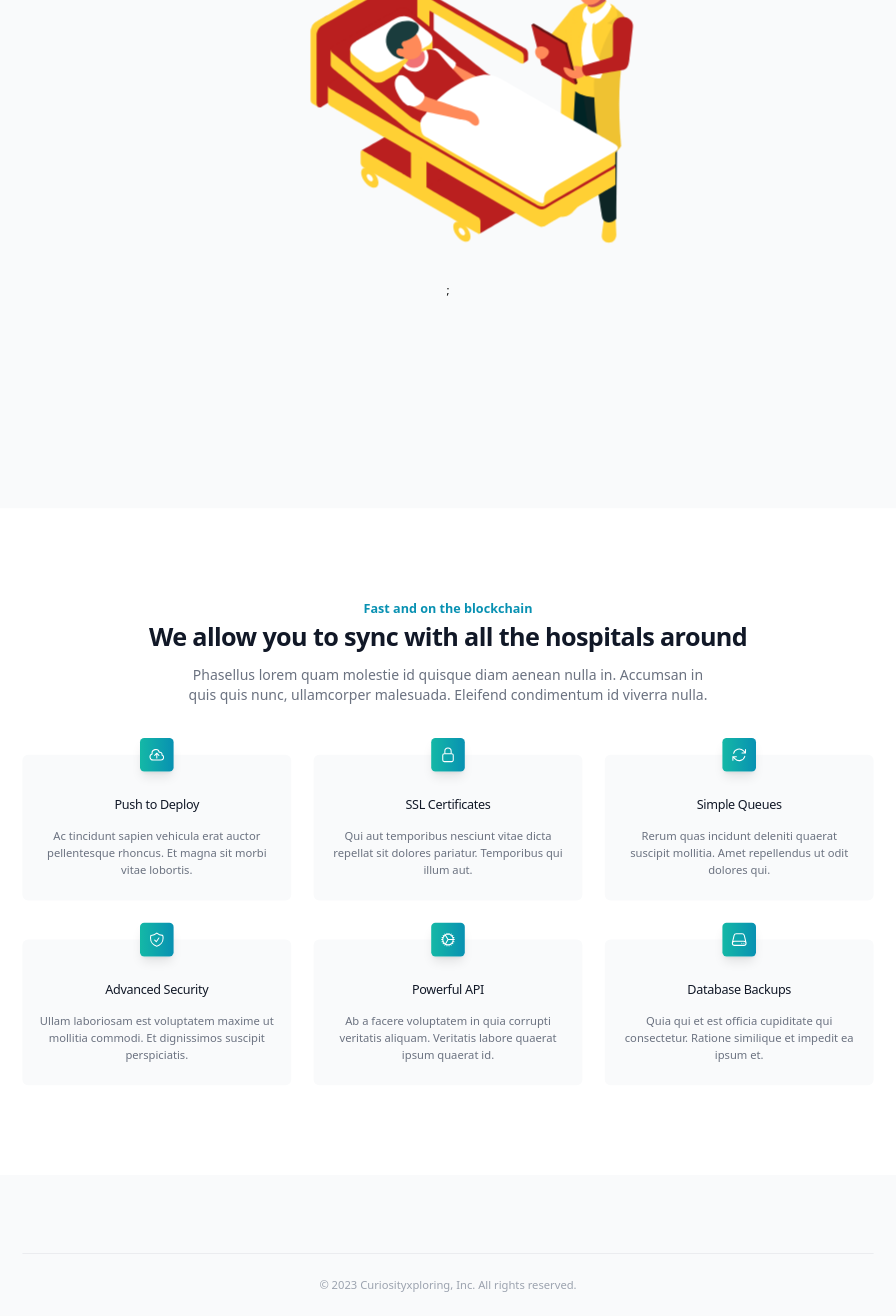
Repository: VinceBrun/medical-web3-app
Page: /
These files come from the project's save history. The page is drawn as it stood at one moment and after the next save; the edit follows.
The browser window is 1280 px wide. The pictures show the part of the page from y = 1515 to 3435 px (the page is 3395 px tall before and 3435 px after), at 70% of full size.
The project was rebuilt for these pictures with package versions that can differ from the ones it lists, and the page was loaded fresh each time. The framework's server and built-in components were replaced by stand-ins that run in the browser. Also part of the build but not shown: next.config.js, styles/Home.module.css.

Above is the page before, as saved 2023-01-16 17:38:32.

### components/Landing.jsx
import React from "react";
import { Fragment } from "react";
import { Popover, Transition } from "@headlessui/react";
import {
  ArrowPathIcon,
  Bars3Icon,
  CloudArrowUpIcon,
  CogIcon,
  LockClosedIcon,
  ServerIcon,
  ShieldCheckIcon,
  XMarkIcon,
} from "@heroicons/react/24/outline";
import {
  ArrowTopRightOnSquareIcon,
  ChevronRightIcon,
} from "@heroicons/react/20/solid";
import Lottie from "lottie-react";
import medicalanimation from "../public/images/medicalanimation.json";
import medicalpatient from "../public/images/medicalpatient.json";
import onlinemedicalanimation from "../public/images/onlinemedicalanimation.json";

const navigation = [
  { name: "Solution", href: "#" },
  { name: "Platform", href: "#" },
  { name: "Patient Stories", href: "#" },
  { name: "Resources", href: "#" },
];
const features = [
  {
    name: "Push to Deploy",
    description:
      "Ac tincidunt sapien vehicula erat auctor pellentesque rhoncus. Et magna sit morbi vitae lobortis.",
    icon: CloudArrowUpIcon,
  },
  {
    name: "SSL Certificates",
    description:
      "Qui aut temporibus nesciunt vitae dicta repellat sit dolores pariatur. Temporibus qui illum aut.",
    icon: LockClosedIcon,
  },
  {
    name: "Simple Queues",
    description:
      "Rerum quas incidunt deleniti quaerat suscipit mollitia. Amet repellendus ut odit dolores qui.",
    icon: ArrowPathIcon,
  },
  {
    name: "Advanced Security",
    description:
      "Ullam laboriosam est voluptatem maxime ut mollitia commodi. Et dignissimos suscipit perspiciatis.",
    icon: ShieldCheckIcon,
  },
  {
    name: "Powerful API",
    description:
      "Ab a facere voluptatem in quia corrupti veritatis aliquam. Veritatis labore quaerat ipsum quaerat id.",
    icon: CogIcon,
  },
  {
    name: "Database Backups",
    description:
      "Quia qui et est officia cupiditate qui consectetur. Ratione similique et impedit ea ipsum et.",
    icon: ServerIcon,
  },
];
const blogPosts = [
  {
    id: 1,
    title: "Boost your conversion rate",
    href: "#",
    date: "Mar 16, 2020",
    datetime: "2020-03-16",
    category: { name: "Article", href: "#" },
    imageUrl:
      "https://images.unsplash.com/photo-1496128858413-b36217c2ce36?ixlib=rb-1.2.1&ixid=eyJhcHBfaWQiOjEyMDd9&auto=format&fit=crop&w=1679&q=80",
    preview:
      "Lorem ipsum dolor sit amet consectetur adipisicing elit. Architecto accusantium praesentium eius, ut atque fuga culpa, similique sequi cum eos quis dolorum.",
    author: {
      name: "Roel Aufderehar",
      imageUrl:
        "https://images.unsplash.com/photo-1472099645785-5658abf4ff4e?ixlib=rb-1.2.1&ixid=eyJhcHBfaWQiOjEyMDd9&auto=format&fit=facearea&facepad=2&w=256&h=256&q=80",
      href: "#",
    },
    readingLength: "6 min",
  },
  {
    id: 2,
    title: "How to use search engine optimization to drive sales",
    href: "#",
    date: "Mar 10, 2020",
    datetime: "2020-03-10",
    category: { name: "Video", href: "#" },
    imageUrl:
      "https://images.unsplash.com/photo-1547586696-ea22b4d4235d?ixlib=rb-1.2.1&ixid=eyJhcHBfaWQiOjEyMDd9&auto=format&fit=crop&w=1679&q=80",
    preview:
      "Lorem ipsum dolor sit amet consectetur adipisicing elit. Velit facilis asperiores porro quaerat doloribus, eveniet dolore. Adipisci tempora aut inventore optio animi., tempore temporibus quo laudantium.",
    author: {
      name: "Brenna Goyette",
      imageUrl:
        "https://images.unsplash.com/photo-1550525811-e5869dd03032?ixlib=rb-1.2.1&ixid=eyJhcHBfaWQiOjEyMDd9&auto=format&fit=facearea&facepad=2&w=256&h=256&q=80",
      href: "#",
    },
    readingLength: "4 min",
  },
  {
    id: 3,
    title: "Improve your customer experience",
    href: "#",
    date: "Feb 12, 2020",
    datetime: "2020-02-12",
    category: { name: "Case Study", href: "#" },
    imageUrl:
      "https://images.unsplash.com/photo-1492724441997-5dc865305da7?ixlib=rb-1.2.1&ixid=eyJhcHBfaWQiOjEyMDd9&auto=format&fit=crop&w=1679&q=80",
    preview:
      "Lorem ipsum dolor sit amet consectetur adipisicing elit. Sint harum rerum voluptatem quo recusandae magni placeat saepe molestiae, sed excepturi cumque corporis perferendis hic.",
    author: {
      name: "Daniela Metz",
      imageUrl:
        "https://images.unsplash.com/photo-1487412720507-e7ab37603c6f?ixlib=rb-1.2.1&ixid=eyJhcHBfaWQiOjEyMDd9&auto=format&fit=facearea&facepad=2&w=256&h=256&q=80",
      href: "#",
    },
    readingLength: "11 min",
  },
];
const footerNavigation = {
  solutions: [
    { name: "Marketing", href: "#" },
    { name: "Analytics", href: "#" },
    { name: "Commerce", href: "#" },
    { name: "Insights", href: "#" },
  ],
  support: [
    { name: "Pricing", href: "#" },
    { name: "Documentation", href: "#" },
    { name: "Guides", href: "#" },
    { name: "API Status", href: "#" },
  ],
  company: [
    { name: "About", href: "#" },
    { name: "Blog", href: "#" },
    { name: "Jobs", href: "#" },
    { name: "Press", href: "#" },
    { name: "Partners", href: "#" },
  ],
  legal: [
    { name: "Claim", href: "#" },
    { name: "Privacy", href: "#" },
    { name: "Terms", href: "#" },
  ],
  social: [
    {
      name: "Facebook",
      href: "#",
      icon: (props) => (
        <svg fill="currentColor" viewBox="0 0 24 24" {...props}>
          <path
            fillRule="evenodd"
            d="M22 12c0-5.523-4.477-10-10-10S2 6.477 2 12c0 4.991 3.657 9.128 8.438 9.878v-6.987h-2.54V12h2.54V9.797c0-2.506 1.492-3.89 3.777-3.89 1.094 0 2.238.195 2.238.195v2.46h-1.26c-1.243 0-1.63.771-1.63 1.562V12h2.773l-.443 2.89h-2.33v6.988C18.343 21.128 22 16.991 22 12z"
            clipRule="evenodd"
          />
        </svg>
      ),
    },
    {
      name: "Instagram",
      href: "#",
      icon: (props) => (
        <svg fill="currentColor" viewBox="0 0 24 24" {...props}>
          <path
            fillRule="evenodd"
            d="M12.315 2c2.43 0 2.784.013 3.808.06 1.064.049 1.791.218 2.427.465a4.902 4.902 0 011.772 1.153 4.902 4.902 0 011.153 1.772c.247.636.416 1.363.465 2.427.048 1.067.06 1.407.06 4.123v.08c0 2.643-.012 2.987-.06 4.043-.049 1.064-.218 1.791-.465 2.427a4.902 4.902 0 01-1.153 1.772 4.902 4.902 0 01-1.772 1.153c-.636.247-1.363.416-2.427.465-1.067.048-1.407.06-4.123.06h-.08c-2.643 0-2.987-.012-4.043-.06-1.064-.049-1.791-.218-2.427-.465a4.902 4.902 0 01-1.772-1.153 4.902 4.902 0 01-1.153-1.772c-.247-.636-.416-1.363-.465-2.427-.047-1.024-.06-1.379-.06-3.808v-.63c0-2.43.013-2.784.06-3.808.049-1.064.218-1.791.465-2.427a4.902 4.902 0 011.153-1.772A4.902 4.902 0 015.45 2.525c.636-.247 1.363-.416 2.427-.465C8.901 2.013 9.256 2 11.685 2h.63zm-.081 1.802h-.468c-2.456 0-2.784.011-3.807.058-.975.045-1.504.207-1.857.344-.467.182-.8.398-1.15.748-.35.35-.566.683-.748 1.15-.137.353-.3.882-.344 1.857-.047 1.023-.058 1.351-.058 3.807v.468c0 2.456.011 2.784.058 3.807.045.975.207 1.504.344 1.857.182.466.399.8.748 1.15.35.35.683.566 1.15.748.353.137.882.3 1.857.344 1.054.048 1.37.058 4.041.058h.08c2.597 0 2.917-.01 3.96-.058.976-.045 1.505-.207 1.858-.344.466-.182.8-.398 1.15-.748.35-.35.566-.683.748-1.15.137-.353.3-.882.344-1.857.048-1.055.058-1.37.058-4.041v-.08c0-2.597-.01-2.917-.058-3.96-.045-.976-.207-1.505-.344-1.858a3.097 3.097 0 00-.748-1.15 3.098 3.098 0 00-1.15-.748c-.353-.137-.882-.3-1.857-.344-1.023-.047-1.351-.058-3.807-.058zM12 6.865a5.135 5.135 0 110 10.27 5.135 5.135 0 010-10.27zm0 1.802a3.333 3.333 0 100 6.666 3.333 3.333 0 000-6.666zm5.338-3.205a1.2 1.2 0 110 2.4 1.2 1.2 0 010-2.4z"
            clipRule="evenodd"
          />
        </svg>
      ),
    },
    {
      name: "Twitter",
      href: "#",
      icon: (props) => (
        <svg fill="currentColor" viewBox="0 0 24 24" {...props}>
          <path d="M8.29 20.251c7.547 0 11.675-6.253 11.675-11.675 0-.178 0-.355-.012-.53A8.348 8.348 0 0022 5.92a8.19 8.19 0 01-2.357.646 4.118 4.118 0 001.804-2.27 8.224 8.224 0 01-2.605.996 4.107 4.107 0 00-6.993 3.743 11.65 11.65 0 01-8.457-4.287 4.106 4.106 0 001.27 5.477A4.072 4.072 0 012.8 9.713v.052a4.105 4.105 0 003.292 4.022 4.095 4.095 0 01-1.853.07 4.108 4.108 0 003.834 2.85A8.233 8.233 0 012 18.407a11.616 11.616 0 006.29 1.84" />
        </svg>
      ),
    },
    {
      name: "GitHub",
      href: "#",
      icon: (props) => (
        <svg fill="currentColor" viewBox="0 0 24 24" {...props}>
          <path
            fillRule="evenodd"
            d="M12 2C6.477 2 2 6.484 2 12.017c0 4.425 2.865 8.18 6.839 9.504.5.092.682-.217.682-.483 0-.237-.008-.868-.013-1.703-2.782.605-3.369-1.343-3.369-1.343-.454-1.158-1.11-1.466-1.11-1.466-.908-.62.069-.608.069-.608 1.003.07 1.531 1.032 1.531 1.032.892 1.53 2.341 1.088 2.91.832.092-.647.35-1.088.636-1.338-2.22-.253-4.555-1.113-4.555-4.951 0-1.093.39-1.988 1.029-2.688-.103-.253-.446-1.272.098-2.65 0 0 .84-.27 2.75 1.026A9.564 9.564 0 0112 6.844c.85.004 1.705.115 2.504.337 1.909-1.296 2.747-1.027 2.747-1.027.546 1.379.202 2.398.1 2.651.64.7 1.028 1.595 1.028 2.688 0 3.848-2.339 4.695-4.566 4.943.359.309.678.92.678 1.855 0 1.338-.012 2.419-.012 2.747 0 .268.18.58.688.482A10.019 10.019 0 0022 12.017C22 6.484 17.522 2 12 2z"
            clipRule="evenodd"
          />
        </svg>
      ),
    },
    {
      name: "Dribbble",
      href: "#",
      icon: (props) => (
        <svg fill="currentColor" viewBox="0 0 24 24" {...props}>
          <path
            fillRule="evenodd"
            d="M12 2C6.48 2 2 6.48 2 12s4.48 10 10 10c5.51 0 10-4.48 10-10S17.51 2 12 2zm6.605 4.61a8.502 8.502 0 011.93 5.314c-.281-.054-3.101-.629-5.943-.271-.065-.141-.12-.293-.184-.445a25.416 25.416 0 00-.564-1.236c3.145-1.28 4.577-3.124 4.761-3.362zM12 3.475c2.17 0 4.154.813 5.662 2.148-.152.216-1.443 1.941-4.48 3.08-1.399-2.57-2.95-4.675-3.189-5A8.687 8.687 0 0112 3.475zm-3.633.803a53.896 53.896 0 013.167 4.935c-3.992 1.063-7.517 1.04-7.896 1.04a8.581 8.581 0 014.729-5.975zM3.453 12.01v-.26c.37.01 4.512.065 8.775-1.215.25.477.477.965.694 1.453-.109.033-.228.065-.336.098-4.404 1.42-6.747 5.303-6.942 5.629a8.522 8.522 0 01-2.19-5.705zM12 20.547a8.482 8.482 0 01-5.239-1.8c.152-.315 1.888-3.656 6.703-5.337.022-.01.033-.01.054-.022a35.318 35.318 0 011.823 6.475 8.4 8.4 0 01-3.341.684zm4.761-1.465c-.086-.52-.542-3.015-1.659-6.084 2.679-.423 5.022.271 5.314.369a8.468 8.468 0 01-3.655 5.715z"
            clipRule="evenodd"
          />
        </svg>
      ),
    },
  ],
};

export default function Landing() {
  return (
    <div className="bg-white">
      <div className="relative overflow-hidden">
        <Popover as="header" className="relative">
          <div className="bg-gray-900 pt-6">
            <nav
              className="relative mx-auto flex max-w-7xl items-center justify-between px-4 sm:px-6"
              aria-label="Global"
            >
              <div className="flex flex-1 items-center">
                <div className="flex w-full items-center justify-between md:w-auto">
                  <a href="#">
                    <span className="sr-only">Curioosityxploring</span>
                    <img
                      className="h-8 w-auto sm:h-10"
                      src="/images/curiositylogo.png"
                      alt=""
                    />
                  </a>
                  <div className="-mr-2 flex items-center md:hidden">
                    <Popover.Button className="focus-ring-inset inline-flex items-center justify-center rounded-md bg-gray-900 p-2 text-gray-400 hover:bg-gray-800 focus:outline-none focus:ring-2 focus:ring-white">
                      <span className="sr-only">Open main menu</span>
                      <Bars3Icon className="h-6 w-6" aria-hidden="true" />
                    </Popover.Button>
                  </div>
                </div>
                <div className="hidden space-x-8 md:ml-10 md:flex">
                  {navigation.map((item) => (
                    <a
                      key={item.name}
                      href={item.href}
                      className="text-base font-medium text-white hover:text-gray-300"
                    >
                      {item.name}
                    </a>
                  ))}
                </div>
              </div>
              <div className="hidden md:flex md:items-center md:space-x-6">
                <a
                  href="#"
                  className="text-base font-medium text-white hover:text-gray-300"
                >
                  Log in
                </a>
                <a
                  href="#"
                  className="inline-flex items-center rounded-md border border-transparent bg-gray-600 px-4 py-2 text-base font-medium text-white hover:bg-gray-700"
                >
                  Contact Us
                </a>
              </div>
            </nav>
          </div>

          <Transition
            as={Fragment}
            enter="duration-150 ease-out"
            enterFrom="opacity-0 scale-95"
            enterTo="opacity-100 scale-100"
            leave="duration-100 ease-in"
            leaveFrom="opacity-100 scale-100"
            leaveTo="opacity-0 scale-95"
          >
            <Popover.Panel
              focus
              className="absolute inset-x-0 top-0 origin-top transform p-2 transition md:hidden"
            >
              <div className="overflow-hidden rounded-lg bg-white shadow-md ring-1 ring-black ring-opacity-5">
                <div className="flex items-center justify-between px-5 pt-4">
                  <div>
                    <img
                      className="h-8 w-auto"
                      src="/images/curiositylogo.png"
                      alt=""
                    />
                  </div>
                  <div className="-mr-2">
                    <Popover.Button className="inline-flex items-center justify-center rounded-md bg-white p-2 text-gray-400 hover:bg-gray-100 focus:outline-none focus:ring-2 focus:ring-inset focus:ring-cyan-600">
                      <span className="sr-only">Close menu</span>
                      <XMarkIcon className="h-6 w-6" aria-hidden="true" />
                    </Popover.Button>
                  </div>
                </div>
                <div className="pt-5 pb-6">
                  <div className="space-y-1 px-2">
                    {navigation.map((item) => (
                      <a
                        key={item.name}
                        href={item.href}
                        className="block rounded-md px-3 py-2 text-base font-medium text-gray-900 hover:bg-gray-50"
                      >
                        {item.name}
                      </a>
                    ))}
                  </div>
                  <div className="mt-6 px-5">
                    <a
                      href="#"
                      className="block w-full rounded-md bg-gradient-to-r from-orange-500 to-red-800 py-3 px-4 text-center font-medium text-white shadow hover:from-teal-600 hover:to-cyan-700"
                    >
                      Contact Us
                    </a>
                  </div>
                  <div className="mt-6 px-5">
                    <p className="text-center text-base font-medium text-gray-500">
                      Existing customer?{" "}
                      <a href="#" className="text-gray-900 hover:underline">
                        Login
                      </a>
                    </p>
                  </div>
                </div>
              </div>
            </Popover.Panel>
          </Transition>
        </Popover>
        <main>
          <div className="bg-gray-900 pt-10 sm:pt-16 lg:overflow-hidden lg:pt-8 lg:pb-14">
            <div className="mx-auto max-w-7xl lg:px-8">
              <div className="lg:grid lg:grid-cols-2 lg:gap-8">
                <div className="mx-auto max-w-md px-4 sm:max-w-2xl sm:px-6 sm:text-center lg:flex lg:items-center lg:px-0 lg:text-left">
                  <div className="lg:py-24">
                    <h1 className="mt-4 text-4xl font-bold tracking-tight text-white sm:mt-5 sm:text-6xl lg:mt-6 xl:text-6xl">
                      <span className="block">Intelligent automation</span>
                      <span className="block bg-gradient-to-r from-red-600 to-orange-300 bg-clip-text pb-3 text-transparent sm:pb-5">
                        for healthcare
                      </span>
                    </h1>
                    <p className="text-base text-gray-300 sm:text-xl lg:text-lg xl:text-xl">
                      Automate every patient encounter and workflow, from front
                      desk to back office.
                    </p>
                    <div className="mt-10 sm:mt-12">
                      <form
                        action="#"
                        className="sm:mx-auto sm:max-w-xl lg:mx-0"
                      >
                        <div className="sm:flex">
                          <div className="min-w-0 flex-1">
                            <label htmlFor="email" className="sr-only">
                              Email address
                            </label>
                            <input
                              id="email"
                              type="email"
                              placeholder="Enter your email"
                              className="block w-full rounded-md border-0 px-4 py-3 text-base text-gray-900 placeholder-gray-500 focus:outline-none focus:ring-2 focus:ring-cyan-400 focus:ring-offset-2 focus:ring-offset-gray-900"
                            />
                          </div>
                          <div className="mt-3 sm:mt-0 sm:ml-3">
                            <button
                              type="submit"
                              className="block w-full rounded-md bg-gradient-to-r from-red-600 to-orange-400 py-3 px-4 font-medium text-white shadow hover:from-teal-600 hover:to-cyan-700 focus:outline-none focus:ring-2 focus:ring-cyan-400 focus:ring-offset-2 focus:ring-offset-gray-900"
                            >
                              Request Demo
                            </button>
                          </div>
                        </div>
                      </form>
                    </div>
                  </div>
                </div>
                <div className="mt-12 -mb-16 sm:-mb-48 lg:relative lg:m-0">
                  {/* <div className="mx-auto max-w-md px-4 sm:max-w-2xl sm:px-6 lg:max-w-none lg:px-0">
                    <img
                      className="w-full lg:absolute lg:inset-y-0 lg:left-0 lg:h-full lg:w-auto lg:max-w-none"
                      src="/images/pharmacy.mp4"
                      alt=""
                    />
                  </div> */}
                  <Lottie animationData={medicalanimation} loop={true} />;
                  {/* <Lottie animationData={onlinemedicalanimation} loop={true} /> */}
                </div>
              </div>
            </div>
          </div>

          {/* Feature section with screenshot */}
          <div className="relative bg-gray-50 pt-16 sm:pt-24 lg:pt-32">
            <div className="mx-auto max-w-md px-6 text-center sm:max-w-3xl lg:max-w-7xl lg:px-8">
              <div>
                <h2 className="text-lg font-semibold text-cyan-600">
                  Paperless
                </h2>
                <p className="mt-2 text-3xl font-bold tracking-tight text-gray-900 sm:text-4xl">
                  Never Registered before? No problem.
                </p>
                <p className="mx-auto mt-5 max-w-prose text-xl text-gray-500">
                  Phasellus lorem quam molestie id quisque diam aenean nulla in.
                  Accumsan in quis quis nunc, ullamcorper malesuada. Eleifend
                  condimentum id viverra nulla.
                </p>
              </div>
              <div className="p-[300px]">
                <Lottie animationData={medicalpatient} loop={true} />;
              </div>
            </div>
          </div>

          {/* Feature section with grid */}
          <div className="relative bg-white py-16 sm:py-24 lg:py-32">
            <div className="mx-auto max-w-md px-6 text-center sm:max-w-3xl lg:max-w-7xl lg:px-8">
              <h2 className="text-lg font-semibold text-cyan-600">
                Fast and on the blockchain
              </h2>
              <p className="mt-2 text-3xl font-bold tracking-tight text-gray-900 sm:text-4xl">
                We allow you to sync with all the hospitals around
              </p>
              <p className="mx-auto mt-5 max-w-prose text-xl text-gray-500">
                Phasellus lorem quam molestie id quisque diam aenean nulla in.
                Accumsan in quis quis nunc, ullamcorper malesuada. Eleifend
                condimentum id viverra nulla.
              </p>
              <div className="mt-12">
                <div className="grid grid-cols-1 gap-8 sm:grid-cols-2 lg:grid-cols-3">
                  {features.map((feature) => (
                    <div key={feature.name} className="pt-6">
                      <div className="flow-root rounded-lg bg-gray-50 px-6 pb-8">
                        <div className="-mt-6">
                          <div>
                            <span className="inline-flex items-center justify-center rounded-md bg-gradient-to-r from-teal-500 to-cyan-600 p-3 shadow-lg">
                              <feature.icon
                                className="h-6 w-6 text-white"
                                aria-hidden="true"
                              />
                            </span>
                          </div>
                          <h3 className="mt-8 text-lg font-medium tracking-tight text-gray-900">
                            {feature.name}
                          </h3>
                          <p className="mt-5 text-base text-gray-500">
                            {feature.description}
                          </p>
                        </div>
                      </div>
                    </div>
                  ))}
                </div>
              </div>
            </div>
          </div>

          {/* Testimonial section */}

          {/* Blog section */}

          {/* CTA Section */}
        </main>
        <footer className="bg-gray-50" aria-labelledby="footer-heading">
          <h2 id="footer-heading" className="sr-only">
            Footer
          </h2>
          <div className="mx-auto max-w-md px-4 pt-12 sm:max-w-7xl sm:px-6 lg:px-8 lg:pt-16">
            <div className="xl:grid xl:grid-cols-3 xl:gap-8"></div>
            <div className="mt-12 border-t border-gray-200 py-8">
              <p className="text-base text-gray-400 xl:text-center">
                &copy; 2023 Curiosityxploring, Inc. All rights reserved.
              </p>
            </div>
          </div>
        </footer>
      </div>
    </div>
  );
}

Loaded but not shown: pages/_app.js (common file); pages/_document.js (common file); styles/globals.css (common file); tailwind.config.js (common file); public/images/medicalanimation.json (1 lines, source omitted); public/images/onlinemedicalanimation.json (1 lines, source omitted); public/images/medicalpatient.json (1 lines, source omitted); pages/index.js (26 lines, source omitted)

After the next save:
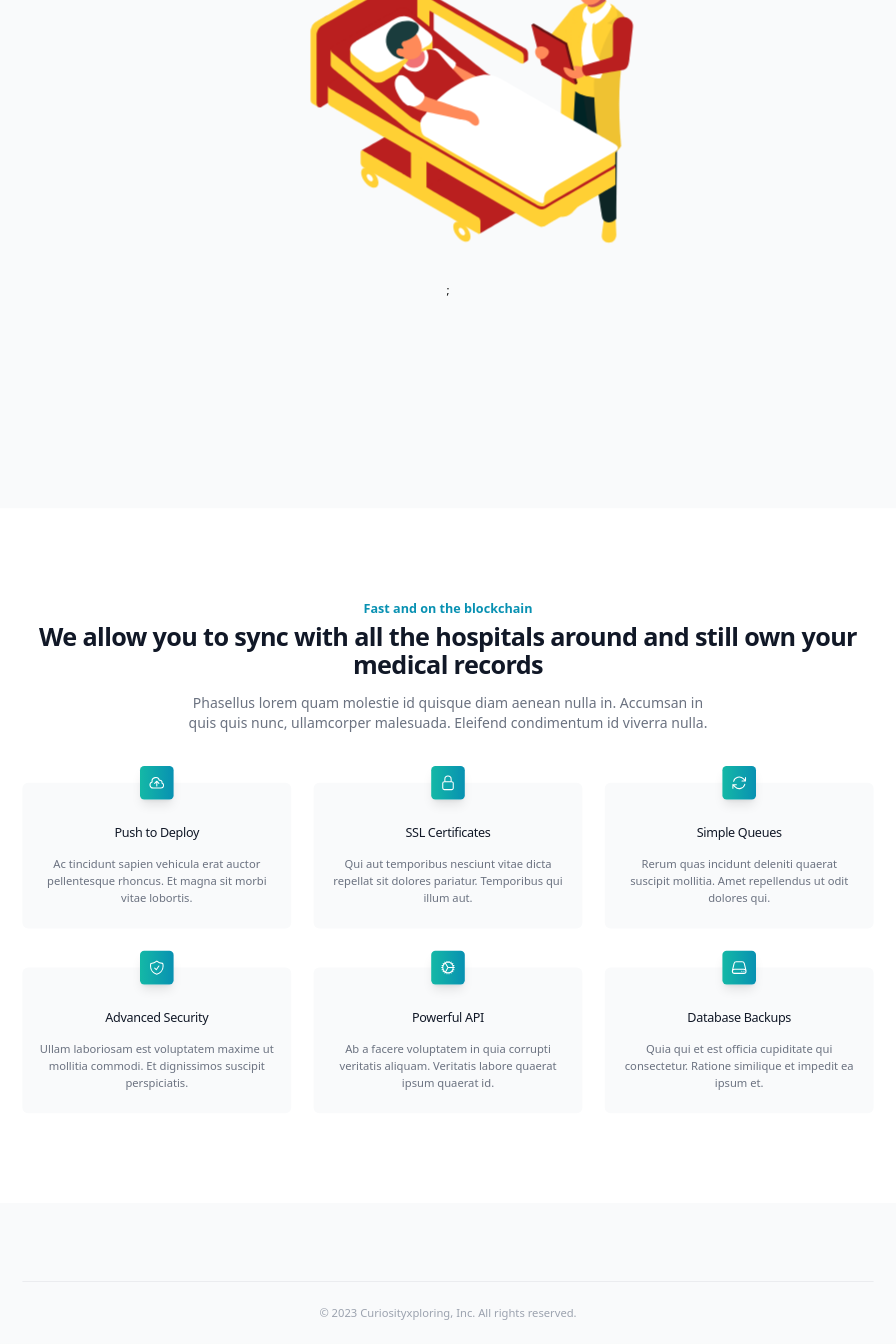
Saved 8 s later.
--- a/components/Landing.jsx
+++ b/components/Landing.jsx
@@ -421,7 +421,7 @@ export default function Landing() {
                 Fast and on the blockchain
               </h2>
               <p className="mt-2 text-3xl font-bold tracking-tight text-gray-900 sm:text-4xl">
-                We allow you to sync with all the hospitals around
+                We allow you to sync with all the hospitals around and still own your medical records
               </p>
               <p className="mx-auto mt-5 max-w-prose text-xl text-gray-500">
                 Phasellus lorem quam molestie id quisque diam aenean nulla in.
